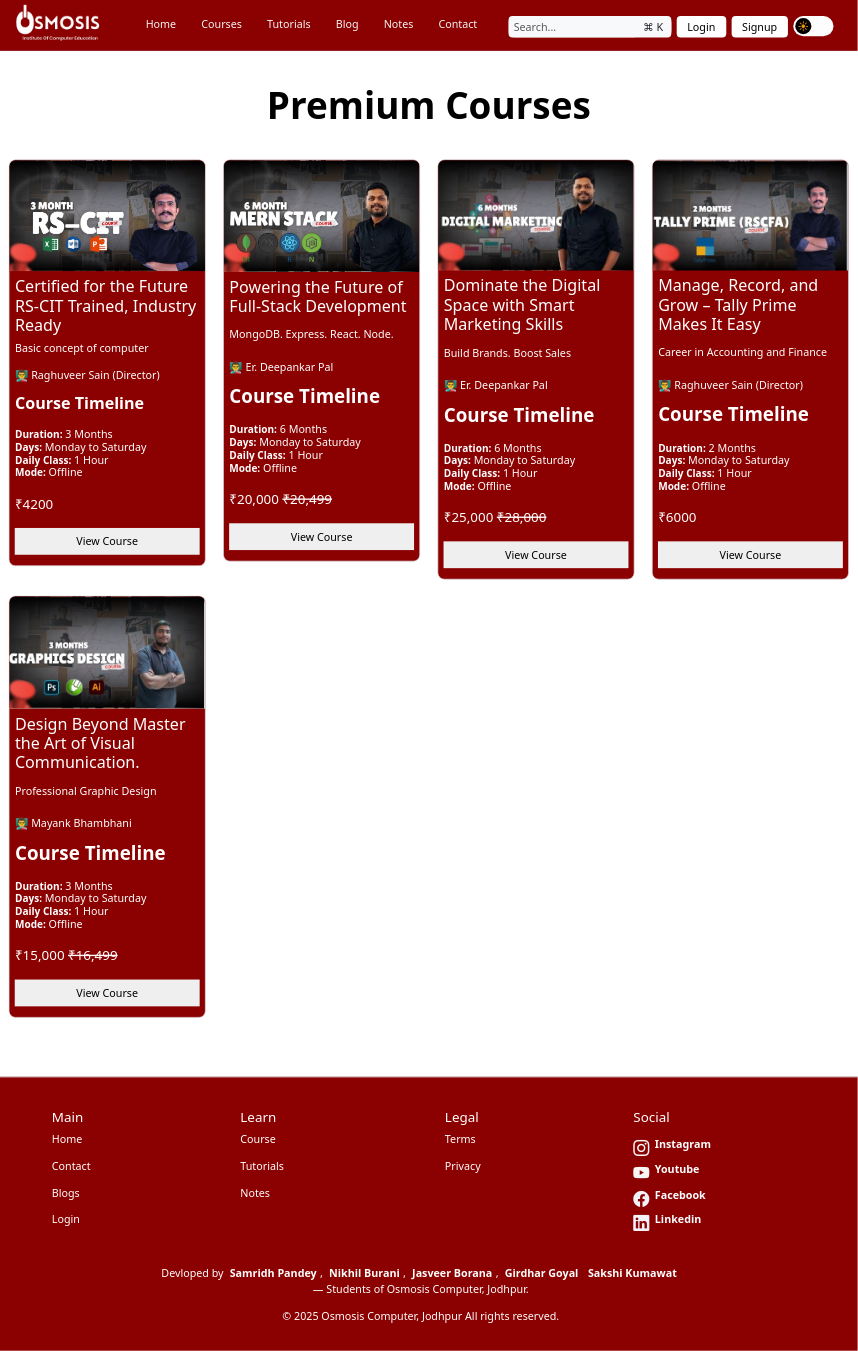
Repository: samriidhpandey/osmosis
Page: /Courses
An editor plug-in stored every save of this project. The page is shown before and after the next save, followed by the edit.
The browser window is 1280 px wide. The pictures show the whole page, at 67% of full size.
The project was rebuilt for these pictures with package versions that can differ from the ones it lists, and the page was loaded fresh each time. Also part of the build but not shown: vite.config.js, src/Section2.jsx, src/Section3.jsx, src/Section4.jsx, src/InfiniteReviewScroll.jsx, src/Section5.jsx, src/TypingText.jsx, src/AnimatedName.jsx and 103 more. Imported but missing from the stored project, and not drawn on this page: src/Images/final-app-on-mobile.mp4, src/Images/final-app-on-pc.mp4, src/Images/open-terminals.mp4, src/Images/python-location.mp4.

Above is the page before, as saved 2025-07-21 16:33:31.

After the next save:
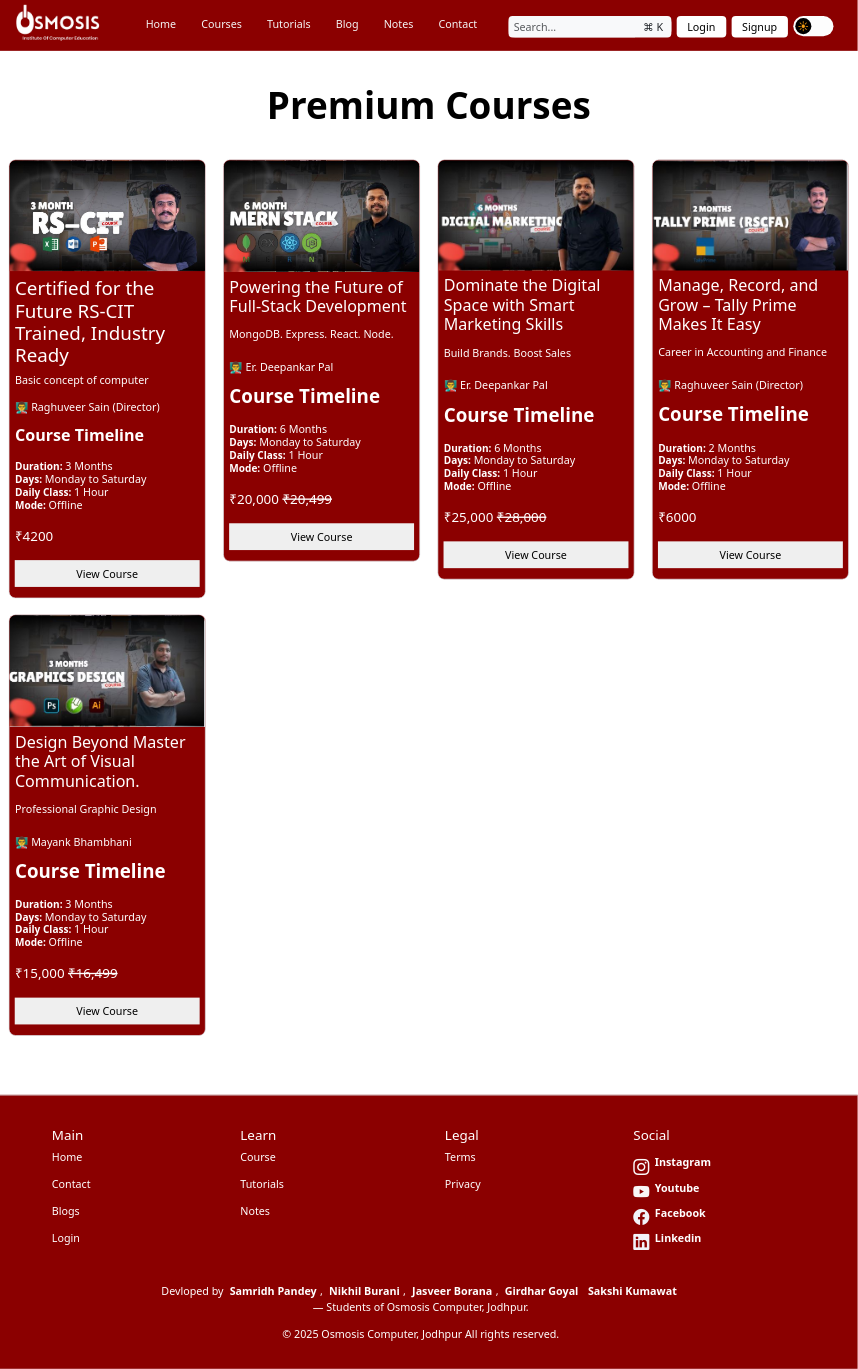
Saved 63 s later.
--- a/src/Component2/Courses.jsx
+++ b/src/Component2/Courses.jsx
@@ -51,7 +51,7 @@
                 <img src={ad1} className='img-fluid cour-img' alt="" />
               </div>
               <div className=" p-2">
-            <h4 className=''>Certified for the Future RS-CIT Trained, Industry Ready</h4>
+            <h3 className=''>Certified for the Future RS-CIT Trained, Industry Ready</h3>
             <p className=''>Basic concept of computer</p>
             <p className=''>👨‍🏫 Raghuveer Sain (Director)</p>
             <h4 className='m-0' style={headingStyle}>Course Timeline</h4>
